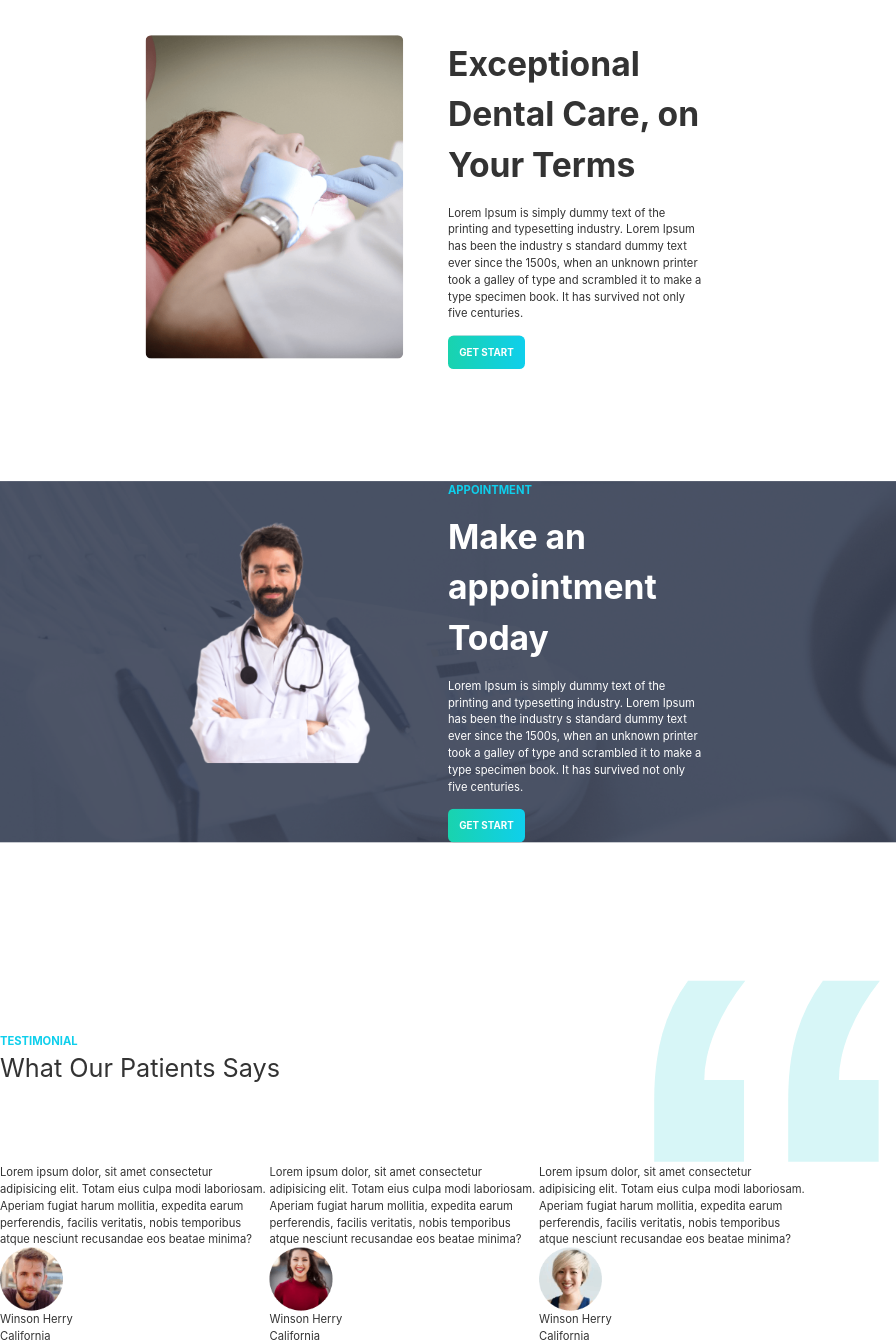
Repository: shikubro90/doctorsportal
Page: /
The author's editor kept a copy of each file at every save. The page is drawn from the files as they stood at one save, then again after a run of saves.
The browser window is 1280 px wide. The pictures show the part of the page from y = 1756 to 3676 px (the page is 3676 px tall), at 70% of full size.
The project was rebuilt for these pictures with package versions that can differ from the ones it lists, and the page was loaded fresh each time. Also part of the build but not shown: src/App.css, src/Pages/About/About.jsx.

Above is the page before, as saved 2022-10-02 09:35:24.

After the next 2 saves:
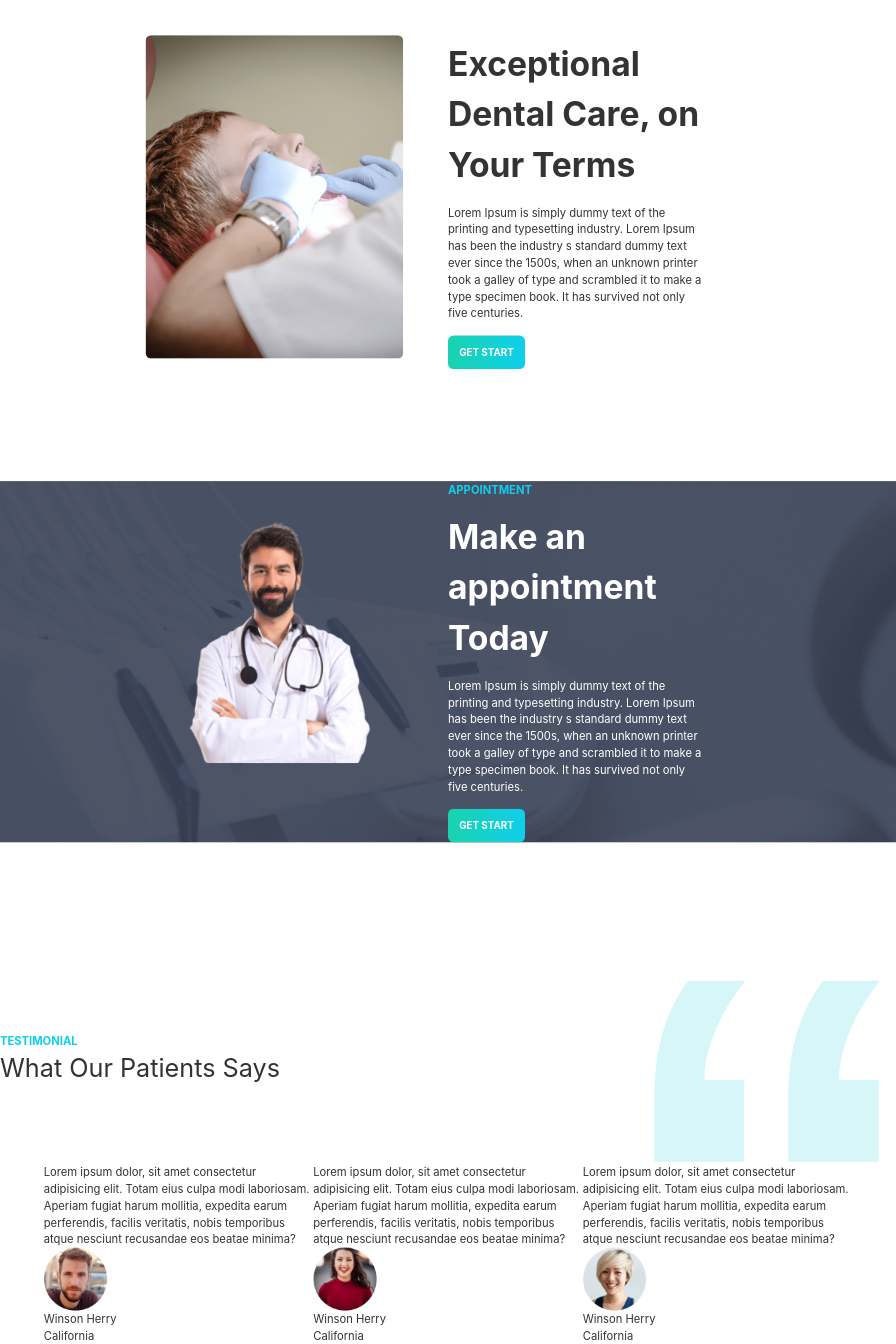
The 2 saves are shown as one change because they came seconds apart.
The last was saved 6 s later.
--- a/src/Pages/Home/TestimonialSection.jsx
+++ b/src/Pages/Home/TestimonialSection.jsx
@@ -19,7 +19,7 @@ const TestimonialSection = () => {
               <img src={quote} alt="quote" />
             </div>
           </div>
-          <div className="body flex item">
+          <div className="body flex items-center justify-center">
             {testimonial.map(({ id, title, image, name, country, desc }) => {
               return (
                 <TestimonialCard
